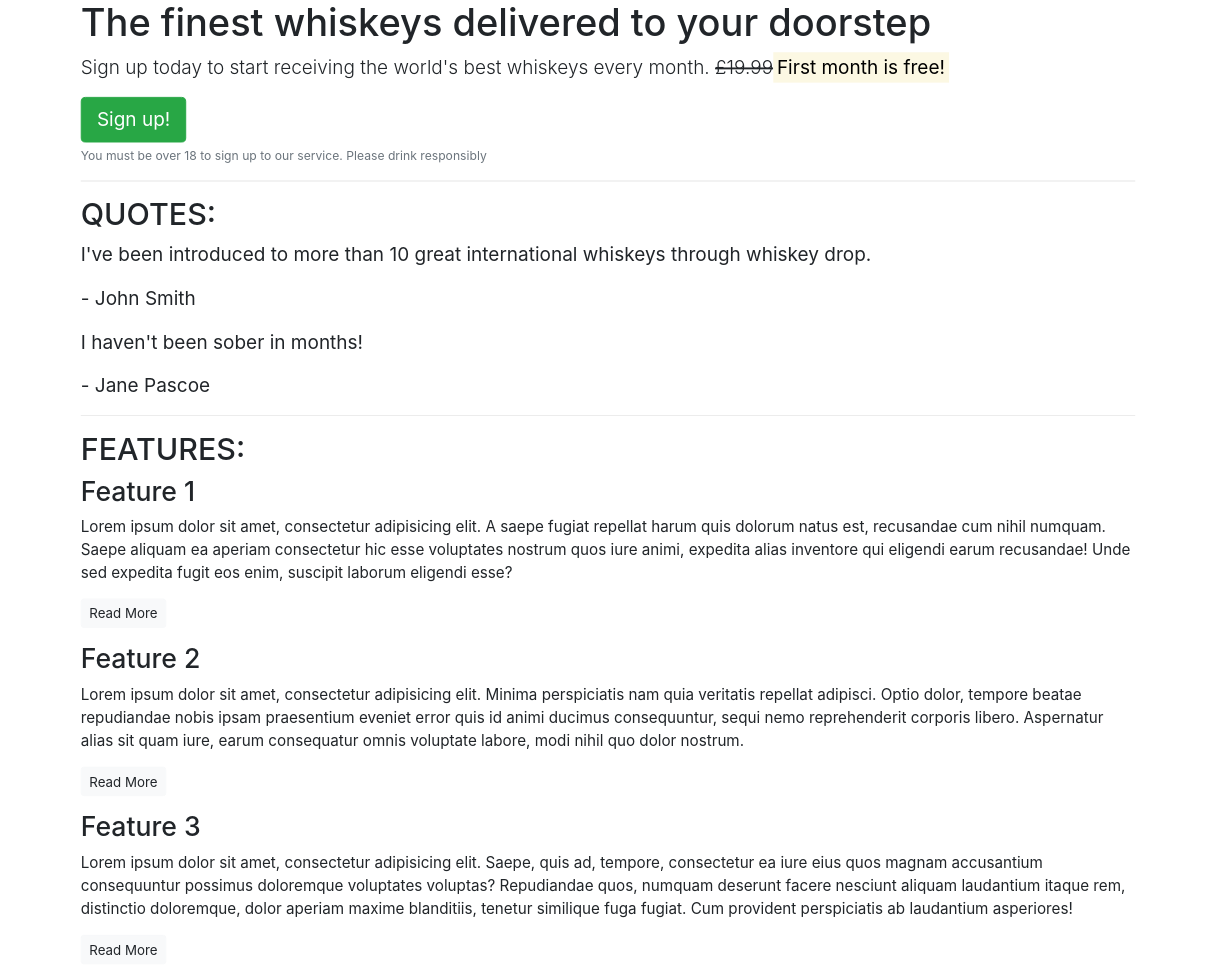
Repository: LouWills/WhiskeyDrop-bootstrap
Page: index.html
The author's editor kept a record of every edit. The page is drawn from the files as they stood at one moment, then again after the next edit.
The browser window is 1280 px wide. The pictures show the whole page, at 95% of full size.

Above is the page before.
Console error: TypeError: Cannot read properties of undefined (reading 'fn')

After the next edit:
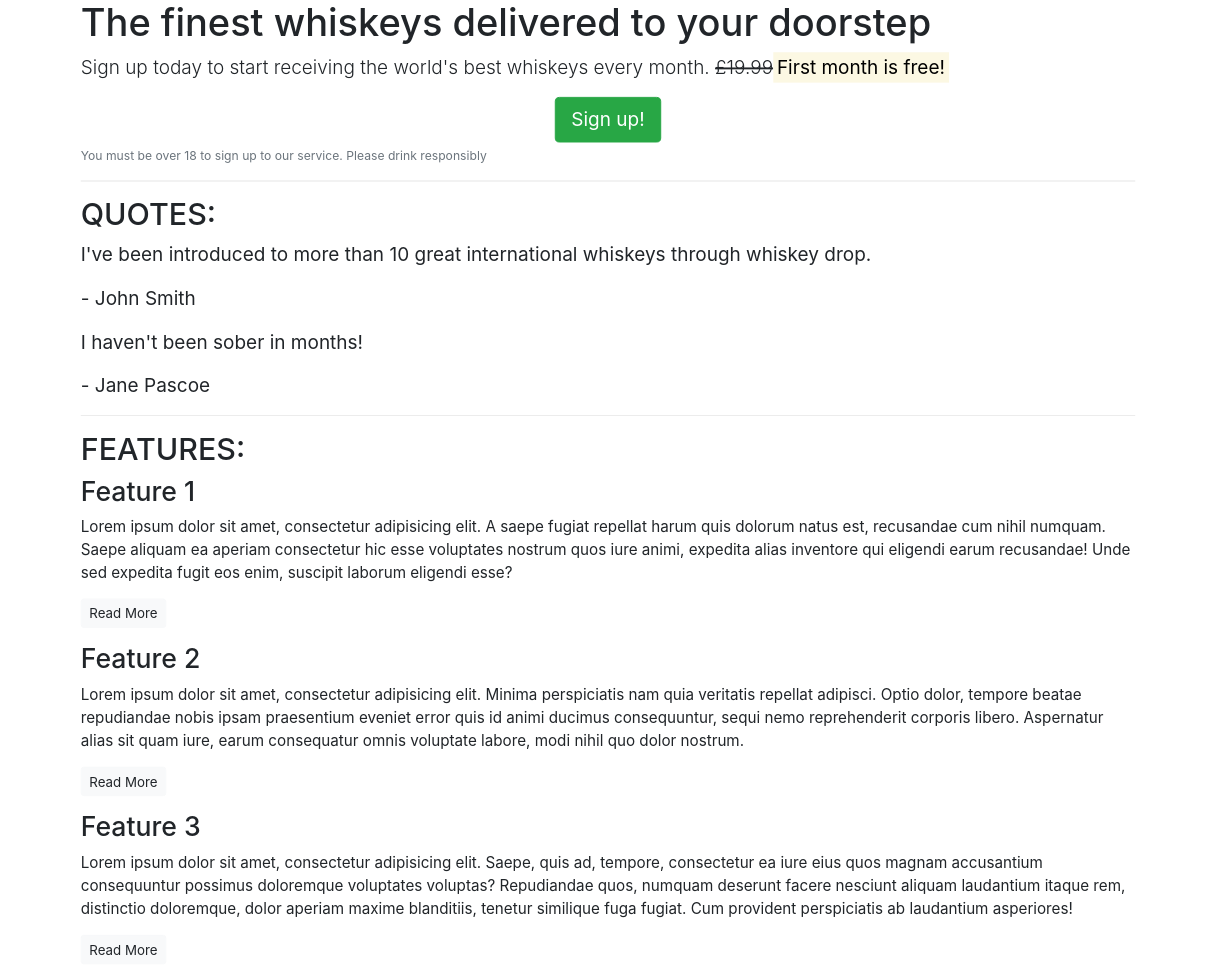
The edit:
--- a/main.css
+++ b/main.css
@@ -1,5 +1,4 @@
-.box {
-    width:200px;
-    height:200px;
-    background-color:#4a4a4f;
+.btn-signup {
+    margin:auto;
+    display:block;
 }
